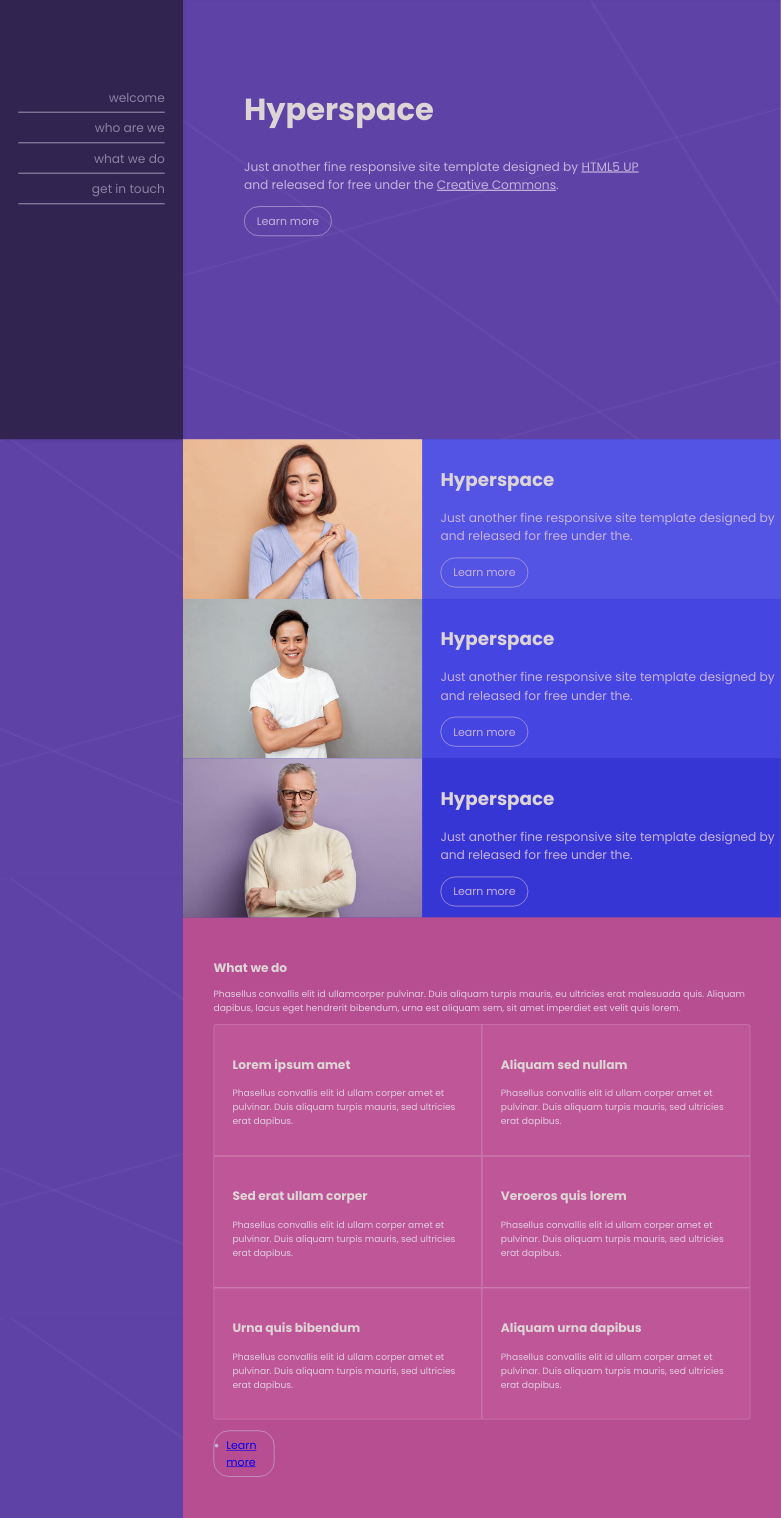
Repository: zai31/KIMIT_Tasks
Page: JsSession8/index.html
The author's editor kept a copy of each file at every save. The page is drawn from the files as they stood at one save, then again after the next save.
The browser window is 1280 px wide. The pictures show the whole page, at 61% of full size.
Backgrounds fixed to the window are drawn as part of the page.

Above is the page before, as saved 2025-09-15 21:08:37.

### JsSession8/index.html
<!DOCTYPE html>
<html lang="en">
<head>
    <meta charset="UTF-8">
    <meta name="viewport" content="width=device-width, initial-scale=1.0">
    <link rel="stylesheet" href="./css/style.css">
    <title>Responsive</title>
</head>

<body>
    <section  class="flex-section">
        <div class="menu">
        <ul>
            <li><a href="#">welcome</a></li>
            <li><a href="#">who are we</a></li>
            <li><a href="#">what we do</a></li>
            <li><a href="#">get in touch</a></li>
        </ul>
</div>
<div class="section">
    <div class="content">
      <div class="intro">
							<h1>Hyperspace</h1>
							<p>Just another fine responsive site template designed by <a href="https://html5up.net">HTML5 UP</a><br>
							and released for free under the <a href="https://html5up.net/license">Creative Commons</a>.</p>
							<button>Learn more</button>

						</div>
    <div class="overview">
        <div class="s" style="background-color: rgb(83, 83, 228);">
           <img src="./images/1.jpg" alt="">

							<div ><h1>Hyperspace</h1>
                                <p>Just another fine responsive site template designed by
							and released for free under the.</p>
							<button>Learn more</button></div>
        </div>
        <div class="s" style="background-color: rgb(69, 69, 226);">
            <img src="./images/2.jpg" alt="">
							<div >
                                           	<h1>Hyperspace</h1>
<p>Just another fine responsive site template designed by
							and released for free under the.</p>
							<button>Learn more</button></div>
        </div>
        <div class="s" style="background-color: rgb(54, 54, 213);">
            <img src="./images/3.jpg" alt="">
							<div >
                                           	<h1>Hyperspace</h1>
<p>Just another fine responsive site template designed by
							and released for free under the.</p>
							<button>Learn more</button></div>
        </div>
    <div class="what">
							<h2>What we do</h2>
							<p>Phasellus convallis elit id ullamcorper pulvinar. Duis aliquam turpis mauris, eu ultricies erat malesuada quis. Aliquam dapibus, lacus eget hendrerit bibendum, urna est aliquam sem, sit amet imperdiet est velit quis lorem.</p>
							<div class="features">
								<section style="border-radius:5px 0px 0px 0 ;">
									<span class="icon fa-code"></span>
									<h3>Lorem ipsum amet</h3>
									<p>Phasellus convallis elit id ullam corper amet et pulvinar. Duis aliquam turpis mauris, sed ultricies erat dapibus.</p>
								</section>
								<section style="border-radius:0 5px 0px 0 ;">
									<span class="icon  fa-lock"></span>
									<h3>Aliquam sed nullam</h3>
									<p>Phasellus convallis elit id ullam corper amet et pulvinar. Duis aliquam turpis mauris, sed ultricies erat dapibus.</p>
								</section>
								<section>
									<span class="icon  fa-cog"></span>
									<h3>Sed erat ullam corper</h3>
									<p>Phasellus convallis elit id ullam corper amet et pulvinar. Duis aliquam turpis mauris, sed ultricies erat dapibus.</p>
								</section>
								<section>
									<span class="icon  fa-desktop"></span>
									<h3>Veroeros quis lorem</h3>
									<p>Phasellus convallis elit id ullam corper amet et pulvinar. Duis aliquam turpis mauris, sed ultricies erat dapibus.</p>
								</section>
								<section style="border-radius:0 0px 0px 5px  ;">
									<span class="icon  fa-link"></span>
									<h3>Urna quis bibendum</h3>
									<p>Phasellus convallis elit id ullam corper amet et pulvinar. Duis aliquam turpis mauris, sed ultricies erat dapibus.</p>
								</section>
								<section style="border-radius:0 0px 5px 0 ;">
									<span class="icon  fa-gem" ></span>
									<h3>Aliquam urna dapibus</h3>
									<p>Phasellus convallis elit id ullam corper amet et pulvinar. Duis aliquam turpis mauris, sed ultricies erat dapibus.</p>
								</section>
							</div>
							<ul class="actions">
								<li><a href="generic.html" class="button">Learn more</a></li>
							</ul>

    </div>
                        </div>
                        </div>
                    </section>
</body>
</html>

### JsSession8/CSS/style.css
@import url("https://fonts.googleapis.com/css2?family=Poppins:ital,wght@0,100;0,200;0,300;0,400;0,500;0,600;0,700;0,800;0,900;1,100;1,200;1,300;1,400;1,500;1,600;1,700;1,800;1,900&display=swap");

* {
    box-sizing: border-box;
    font-family: "Poppins", sans-serif;
}

:root {
    --sidebar-color: #312450;
    --primary-color: #5e42a6;
    --secondary-color: #b74e91;
    --section-bg-color: #c7b2dc;
    --dark-color: #000000;
    --navbar-bg-color: #273053;
    --p-color: #717275;
    --highlight-icon-color: #ff0100;
    --main-transition: 0.5s all ease-in-out;
}


html,
body {
    height: 100%;
    margin: 0;
    padding: 0;
}

.flex-section {
    display: flex;
    flex-direction: row;

}

/*side bar*/
.flex-section .menu {
    min-height: 100vh;
    /* ensures sidebar spans at least the full screen */
    height: auto;
    /* lets it grow with content */
    width: 300px;
    top: 0;
    left: 0;
    position: fixed;
    background-color: var(--sidebar-color);
    padding: 145px 30px;
    box-shadow: 0 0 10px rgba(0, 0, 0, 0.1);
}

.flex-section .menu ul {
    list-style: none;
    padding: 0;
    margin: 0;
    text-align: right;
}

.flex-section .menu ul li {
    margin-bottom: 10px;
    font-size: 20px;
    position: relative;
    /* needed for ::after positioning */
    padding-bottom: 10px;
}

.flex-section .menu ul li a {
    text-decoration: none;
    color: #8b82a1;

}

.flex-section .menu ul li::after {
    content: "";
    position: absolute;
    left: 0;
    bottom: 0;
    width: 100%;
    /* stick to the bottom */
    height: 2px;
    background-color: #8b82a1;
    /* thickness of underline */
    transition: width 0.3s ease;
}

/*use js*/
.flex-section .menu ul li a:hover::after {
    width: 100%;
    /* expand underline on hover */
}


.flex-section .menu ul li a:hover {
    color: #b5b8bf;
}

.flex-section .menu ul li a:active {
    color: #5e42a6;
}

.flex-section .menu ul li a:active::after {
    background: linear-gradient(to right, #4b0082, #8b00ff, #981196);
}






/*content first section */
.flex-section .section {
    flex: 1;
    background-color: var(--section-bg-color);
    background-attachment: fixed;
    background-image: url("../assets/css/images/Screenshot\ 2025-09-15\ 075920.png");
    background-position: top right;
    background-repeat: no-repeat;
    background-size: 100% 100%;
    padding-left: 300px;
}

.flex-section .section .content {
    display: flex;
    flex-direction: column;
    width: 100%;
}

.flex-section .section .content .intro {
    padding: 100px;
    width: 100%;
    height: 100vh;
}

.flex-section .section .content .intro h1 {
    color: rgb(221, 213, 213);
    font-size: 50px;
}

.flex-section .section .content .intro p,
.flex-section .section .content .intro a {
    color: var(--section-bg-color);
    font-size: 20px;
}

.flex-section .section .content .intro a:hover {
    color: #fefefe;
    text-decoration: none;
}

.flex-section .section .content .intro button {
    color: var(--section-bg-color);
    background-color: transparent;
    border: 1px solid var(--section-bg-color);
    padding: 10px 20px;
    border-radius: 25px;
    cursor: pointer;
    text-decoration: none;
    font-size: 18px;
}

.flex-section .section .content .intro button:hover {
    background-color: #6f54b6;
}




/*content second section */

.flex-section .section .content .overview .s {
    display: flex;
    flex-direction: row;
    align-items: center;
    gap: 30px;
}

.flex-section .section .content .overview .s h1 {
    color: rgb(221, 213, 213);
    font-size: 30px;
}

.flex-section .section .content .overview .s p {
    color: var(--section-bg-color);
    font-size: 20px;
}

.flex-section .section .content .overview .s button {
    color: var(--section-bg-color);
    background-color: transparent;
    border: 1px solid var(--section-bg-color);
    padding: 10px 20px;
    border-radius: 25px;
    cursor: pointer;
    text-decoration: none;
    font-size: 18px;
}

.flex-section .section .content .overview .s button:hover {
    background-color: rgb(77, 77, 246);
}

.flex-section .section .content .overview .s img {
    width: 40%;
}

/*what section*/

.flex-section .section .content .what {
    padding: 50px;
    width: 100%;
    background-color: var(--secondary-color);
}

.flex-section .section .content .what h3,
.flex-section .section .content .what h2 {
    color: rgb(221, 213, 213);
    font-size: 20px;
}
.flex-section .section .content .what p {
    color: #e0cee1;
    font-size: 15px;
}

.flex-section .section .content .what .features{
    display: flex;
    flex-direction: row;
    flex-wrap: wrap;
    background-color: #be5698;


}
.flex-section .section .content .what .features section {
 flex: 1 1 50%;     /* grow/shrink, ~half width with gap */
 border: 0.5px solid rgba(255, 255, 255, 0.248);
 box-sizing: border-box;
 padding: 30px;

}
.flex-section .section .content .what .actions {
   color: var(--section-bg-color);
    background-color: transparent;
    border: 1px solid var(--section-bg-color);
    padding: 10px 20px;
    border-radius: 25px;
    cursor: pointer;
    text-decoration: none;
    font-size: 18px;
    width: 100px;
}

After the next save:
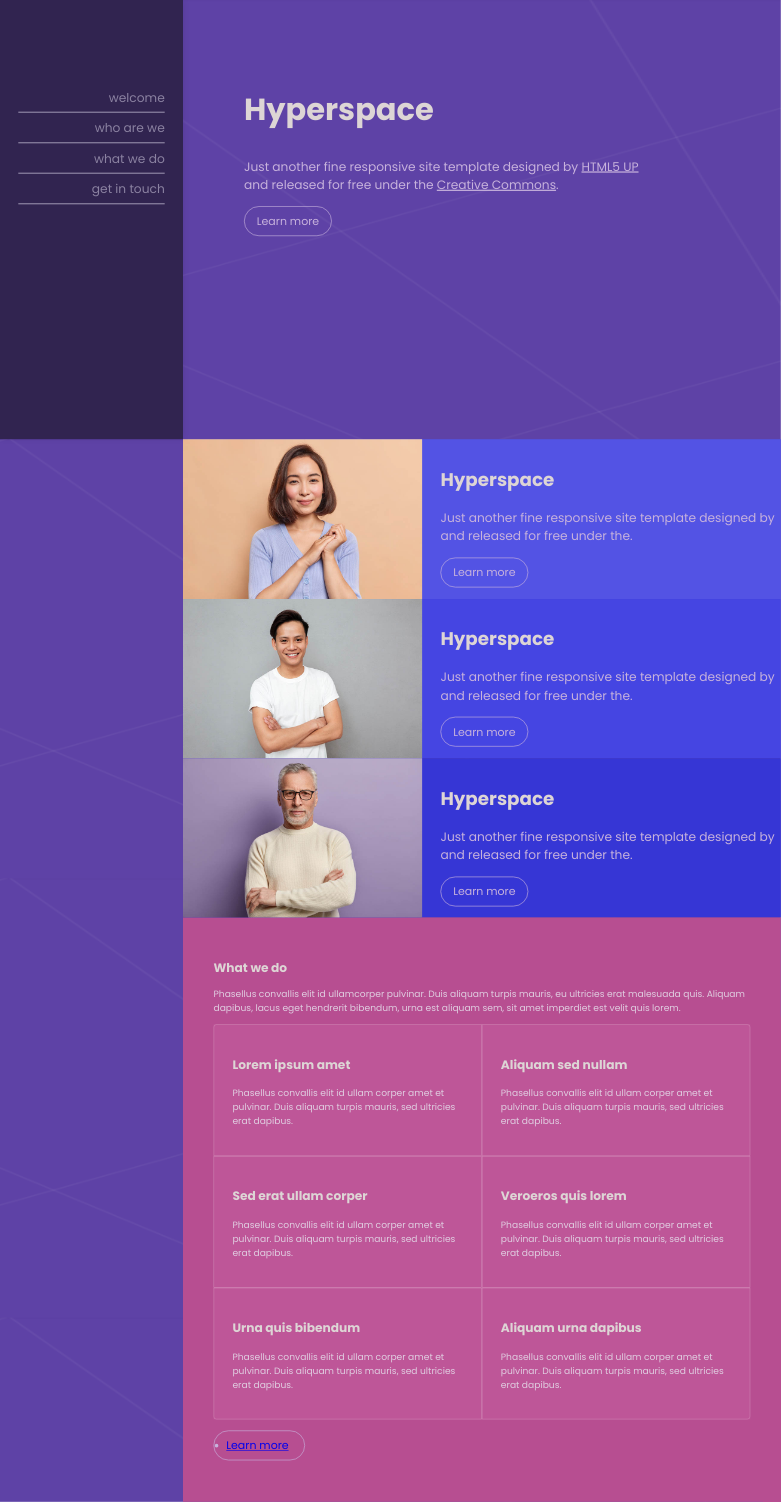
Saved 8 s later.
--- a/JsSession8/CSS/style.css
+++ b/JsSession8/CSS/style.css
@@ -242,5 +242,5 @@ body {
     cursor: pointer;
     text-decoration: none;
     font-size: 18px;
-    width: 100px;
-}
+    width: 150px;
+}
